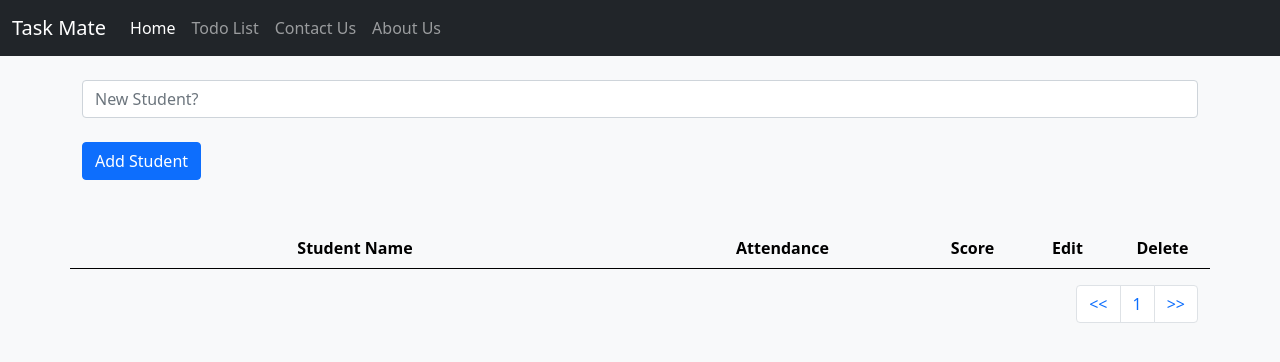
Repository: itathagata/Registration_System
Page: http://localhost/todolist/?pg=1
The author's editor kept a copy of each file at every save. The page is drawn from the files as they stood at one save, then again after the next save.
The browser window is 1280 px wide. The pictures show the whole page.
The page is served by the project's application, run on Django 2.2 (manage.py). Other server files are loaded and not shown. Queries for data that is not in the repository find no rows.

Above is the page before, as saved 2021-06-05 12:21:33.

### todolist_app/views.py
from django.http.response import HttpResponse
from django.shortcuts import redirect, render
from django.http import HttpResponse
from todolist_app.models import TaskList
from todolist_app.forms import TaskForm
from django.contrib import messages
from django.core.paginator import Paginator
# Create your views here.
context = {'welcome':"Welcome to Todo List Page.",
    'contact_text':"Welcome to Todo List Contact Page.",
    'about_text':"Welcome to Todo List About Page.",
    'index_text':"Welcome to Todo List Index Page.",}
def todolist(request):
    if request.method == "POST":
        form = TaskForm(request.POST or None)
        if form.is_valid():
            form.save()
        messages.success(request,("New Student Added!"))
        return redirect('todolist')
    else:
        all_tasks = TaskList.objects.all()
        paginator = Paginator(all_tasks, 5)
        page = request.GET.get('pg')
        all_tasks = paginator.get_page(page)
        return render(request, 'todolist.html',{'all_tasks':all_tasks})



def complete_task(request,task_id):
    task = TaskList.objects.get(pk=task_id)
    task.Attendance = True
    task.save()
    return redirect('todolist')


def pending_task(request,task_id):
    task = TaskList.objects.get(pk=task_id)
    task.Attendance = False
    task.save()
    return redirect('todolist')

def delete_task(request,task_id):
    task = TaskList.objects.get(pk=task_id)
    task.delete()
    return redirect('todolist')




def edit_task(request,task_id):
    if request.method == "POST":
        task = TaskList.objects.get(pk=task_id)
        form = TaskForm(request.POST or None,instance=task)
        if form.is_valid():
            form.save()
        messages.success(request,("Edited!"))
        return redirect('todolist')
    else:
        task_obj = TaskList.objects.get(pk=task_id)
        return render(request, 'edit.html',{'task_obj':task_obj})


def contact(request):
    return render(request, 'contact.html',context)
def about(request):
    return render(request, 'about.html',context)

def index(request):
    return render(request, 'index.html',context)

### todolist_app/templates/todolist.html
{% extends 'base.html' %}
{% block title %}
<title>TodoList Manager</title>
{% endblock title %}

{% block content %}
<div class="container">
</br>

  {%if messages%}
    {% for message in messages %}
      <div class="alert alert-warning alert-dismissible fade show" role="alert">
          {{ message }}
        <button type="button" class="btn-close" data-bs-dismiss="alert" aria-label="Close">
         </button>
      </div>
    {% endfor %}
  {% endif %}


  <form method="POST">
    {%csrf_token%}
    <div class="form-group">
          <input type="text" class="form-control" name="task" placeholder="New Student?">
    </div>
    </br>
    <button type="submit" class="btn btn-primary">Add Student</button>
  </form>

</br>
</br>
    <table class="table table-light table-hover text-center">
  <thead>
    <tr class="row">
      <th class="col-6">Student Name</th>
      <th class="col-3">Attendance</th>
      <th class="col-1">Score</th>
      <th class="col-1">Edit</th>
      <th class="col-1">Delete</th>
    </tr>
  </thead>
    <tbody>
    {% if all_tasks %}
      {%for obj in all_tasks%}
        {% if obj.Attendance %}
            <tr class="row">
            <td class="col-6">{{ obj.Student_Name }}</td>
            <td class="col-3"><a href="{% url 'pending_task' obj.id %}"><button type="button" class="btn btn-outline-primary">Mark as unsafe</button>
</a></td>
            <td class="col-1">{{ obj.Score }}</td>
            <td class="col-1"><a href="{% url 'edit_task' obj.id %}"><button type="button" class="btn btn-outline-dark">Edit</button>
</a></td>
            <td class="col-1"><a href="{% url 'delete_task' obj.id %}"><button type="button" class="btn btn-outline-danger">Delete</button>
</a></td>
            </tr>
        {% else %}
            <tr class="table-danger row">
            <td class="col-6">{{ obj.Student_Name }}</td>
            <td class="col-3"><a href="{% url 'complete_task' obj.id %}"><button type="button" class="btn btn-outline-primary">Mark as safe</button></a></td>
            <td class="col-1">{{ obj.Score }}</td>
            <td class="col-1"><a href="{% url 'edit_task' obj.id %}"><button type="button" class="btn btn-outline-dark">Edit</button>
</a></td>
            <td class="col-1"><a href="{% url 'delete_task' obj.id %}"><button type="button" class="btn btn-outline-danger">Delete</button></a></td>
            </tr>
        {% endif %}
       {% endfor %}
    {% endif %}
     </tbody>
</table>


<nav aria-label="Page navigation example">
  <ul class="pagination justify-content-end">
    <li class="page-item "><a class="page-link" href="?pg=1"><<</a></li>
    {% if all_tasks.has_previous %}
      <li class="page-item"><a class="page-link" href="?pg={{ all_tasks.previous_page_number }}"> {{ all_tasks.previous_page_number }} </a></li>
    {% endif %}
    <li class="page-item"><a class="page-link" href="?pg={{ all_tasks.number }}">{{ all_tasks.number }}</a></li>
    {% if all_tasks.has_next %}
      <li class="page-item"><a class="page-link" href="?pg={{ all_tasks.next_page_number }}">{{ all_tasks.next_page_number }}</a></li>
    {% endif %}
    <li class="page-item"><a class="page-link" href="?pg={{ all_tasks.paginator.num_pages }}">>></a></li>
  </ul>
</nav>

    </div>
{% endblock content %}

### templates/base.html
<!doctype html>
<html lang="en">
  <head>
    <!-- Required meta tags -->
    <meta charset="utf-8">
    <meta name="viewport" content="width=device-width, initial-scale=1">

    <!-- Bootstrap CSS -->
    <link href="https://cdn.jsdelivr.net/npm/bootstrap@5.0.1/dist/css/bootstrap.min.css" rel="stylesheet" integrity="sha384-+0n0xVW2eSR5OomGNYDnhzAbDsOXxcvSN1TPprVMTNDbiYZCxYbOOl7+AMvyTG2x" crossorigin="anonymous">

    {% block title %}{% endblock title %}
    <nav class="navbar navbar-expand-lg navbar-dark bg-dark">
  <div class="container-fluid">
    <a class="navbar-brand" href="{% url 'index'%}">Task Mate</a>
    <button class="navbar-toggler" type="button" data-bs-toggle="collapse" data-bs-target="#navbarNavAltMarkup" aria-controls="navbarNavAltMarkup" aria-expanded="false" aria-label="Toggle navigation">
      <span class="navbar-toggler-icon"></span>
    </button>
    <div class="collapse navbar-collapse" id="navbarNavAltMarkup">
      <div class="navbar-nav">
        <a class="nav-link active" aria-current="page" href="{% url 'index'%}">Home</a>
        <a class="nav-link" href="{% url 'todolist'%}">Todo List</a>
        <a class="nav-link" href="{% url 'contact'%}">Contact Us</a>
        <a class="nav-link" href="{% url 'about'%}">About Us</a>
      </div>
    </div>
  </div>
</nav>
  </head>
  <body class="bg-light">
  {% block content %}{% endblock content %}
    <script src="https://cdn.jsdelivr.net/npm/bootstrap@5.0.1/dist/js/bootstrap.bundle.min.js" integrity="sha384-gtEjrD/SeCtmISkJkNUaaKMoLD0//ElJ19smozuHV6z3Iehds+3Ulb9Bn9Plx0x4" crossorigin="anonymous"></script>
  </body>
</html>

### taskmate/urls.py

from django.contrib import admin
from django.urls import path, include
from todolist_app import views as todolist_views
urlpatterns = [
    path('admin/', admin.site.urls),
    path('', todolist_views.index, name='index'),
    path('todolist', include('todolist_app.urls')),
    path('contact', todolist_views.contact, name='contact'),
    path('about-us', todolist_views.about, name='about'),
]

### todolist_app/urls.py
from todolist_app import views
from django.urls import path
urlpatterns = [
    path('/', views.todolist, name='todolist'),
    path('/delete/<task_id>', views.delete_task, name='delete_task'),
    path('/edit/<task_id>', views.edit_task, name='edit_task'),
    path('/complete/<task_id>', views.complete_task, name='complete_task'),
    path('/pending/<task_id>', views.pending_task, name='pending_task'),


]

After the next save:
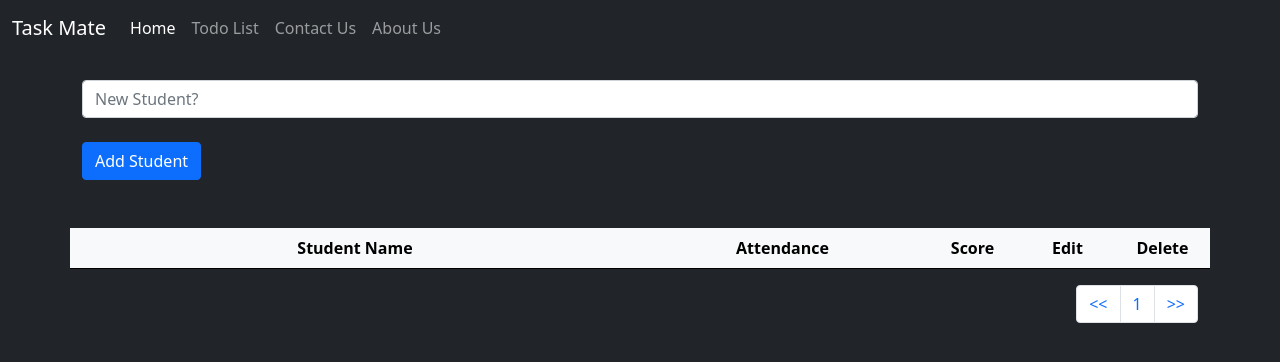
Saved 48 s later.
--- a/templates/base.html
+++ b/templates/base.html
@@ -26,7 +26,7 @@
   </div>
 </nav>
   </head>
-  <body class="bg-light">
+  <body class="bg-dark">
   {% block content %}{% endblock content %}
     <script src="https://cdn.jsdelivr.net/npm/bootstrap@5.0.1/dist/js/bootstrap.bundle.min.js" integrity="sha384-gtEjrD/SeCtmISkJkNUaaKMoLD0//ElJ19smozuHV6z3Iehds+3Ulb9Bn9Plx0x4" crossorigin="anonymous"></script>
   </body>

After the save that followed:
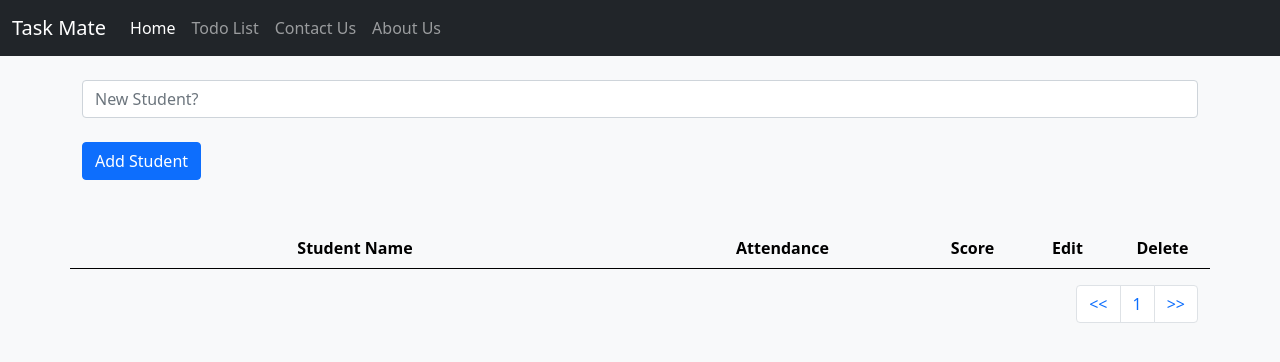
Saved 14 s later.
--- a/templates/base.html
+++ b/templates/base.html
@@ -26,7 +26,7 @@
   </div>
 </nav>
   </head>
-  <body class="bg-dark">
+  <body class="bg-light">
   {% block content %}{% endblock content %}
     <script src="https://cdn.jsdelivr.net/npm/bootstrap@5.0.1/dist/js/bootstrap.bundle.min.js" integrity="sha384-gtEjrD/SeCtmISkJkNUaaKMoLD0//ElJ19smozuHV6z3Iehds+3Ulb9Bn9Plx0x4" crossorigin="anonymous"></script>
   </body>
